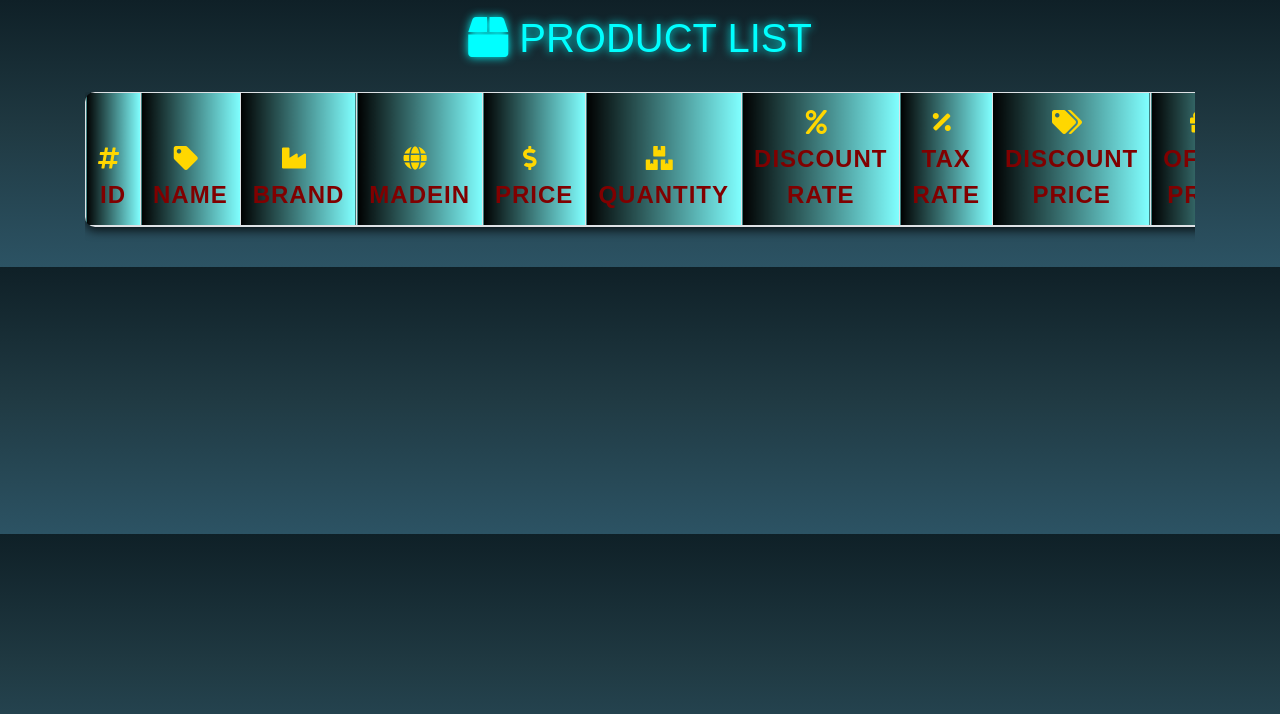
Repository: Ravi-kishor-09/Ravi-projects
Page: http://localhost/product-list
The author's editor kept a copy of each file at every save. The page is drawn from the files as they stood at one save, then again after the next save.
The browser window is 1280 px wide. The pictures show the whole page.
The page is this project's Thymeleaf template; nobody is signed in. The template is opened directly, without the code that normally fills it, so the values that code supplies are empty.

Above is the page before, as saved 2024-12-20 19:30:20.

### spring1/src/main/resources/templates/product-list.html
<!DOCTYPE html>
<html lang="en">
<head>
    <meta charset="UTF-8">
    <meta name="viewport" content="width=device-width, initial-scale=1.0">
    <title>Product List</title>
    <!-- Bootstrap CSS -->
    <link href="https://maxcdn.bootstrapcdn.com/bootstrap/4.5.2/css/bootstrap.min.css" rel="stylesheet">
    <!-- Font Awesome for Icons -->
    <link href="https://cdnjs.cloudflare.com/ajax/libs/font-awesome/5.15.4/css/all.min.css" rel="stylesheet">
    <style>
        /* General Styles */
        body {
            background: linear-gradient(to bottom, #0f2027, #203a43, #2c5364);
            color: white;
            font-family: 'Arial', sans-serif;
        }
        h1 {
            color: aqua;
            margin-bottom: 20px;
            text-shadow: 0 0 10px aqua;
            animation: text-jump 2s infinite;
        }
        @keyframes text-jump {
            0%, 100% { transform: translateY(0); }
            50% { transform: translateY(-10px); }
        }

        /* Table Styles */
        table {
            background-color: rgba(0, 0, 0, 0.8);
            border-radius: 10px;
            overflow: hidden;
            box-shadow: 0 4px 10px rgba(0, 0, 0, 0.7);
        }
        thead th {
            background: linear-gradient(90deg, rgb(0, 0, 0), rgb(128, 255, 255));
            color: rgb(128, 0, 0);
            font-weight:bolder;
			font-size: x-large;
            text-transform: uppercase;
            letter-spacing: 1px;
        }
        tbody td {
            color: #d4f3ef;
        }
        tbody tr {
            transition: background-color 0.3s, transform 0.3s;
        }
        tbody tr:hover {
            background: #333;
            transform: scale(1.02);
            cursor: pointer;
        }

        /* Column Icons */
        .icon {
            color: gold;
            margin-right: 8px;
        }

        /* Button and Interaction Styles */
        .btn {
            border: none;
            color: white;
            background: linear-gradient(90deg, #56ab2f, #a8e063);
            padding: 8px 15px;
            border-radius: 20px;
            transition: all 0.3s ease-in-out;
        }
        .btn:hover {
            background: linear-gradient(90deg, #a8e063, #56ab2f);
            box-shadow: 0 0 10px #a8e063;
        }

        /* Row Glow Effect */
        tbody tr:hover td {
            text-shadow: 0 0 8px #39ff14;
        }

        /* Responsive Styles */
        @media (max-width: 768px) {
            h1 {
                font-size: 1.5rem;
            }
            table {
                font-size: 0.9rem;
            }
        }
    </style>
</head>
<body>
    <div class="container text-center py-4">
        <h1><i class="fas fa-box"></i> PRODUCT LIST</h1>
        <div class="table-responsive">
            <table class="table table-bordered table-hover">
                <thead>
                    <tr>
                        <th><i class="fas fa-hashtag icon"></i>Id</th>
                        <th><i class="fas fa-tag icon"></i>Name</th>
                        <th><i class="fas fa-industry icon"></i>Brand</th>
                        <th><i class="fas fa-globe icon"></i>MadeIn</th>
                        <th><i class="fas fa-dollar-sign icon"></i>Price</th>
                        <th><i class="fas fa-boxes icon"></i>Quantity</th>
                        <th><i class="fas fa-percent icon"></i>Discount Rate</th>
                        <th><i class="fas fa-percentage icon"></i>Tax Rate</th>
                        <th><i class="fas fa-tags icon"></i>Discount Price</th>
                        <th><i class="fas fa-gift icon"></i>Offer Price</th>
                        <th><i class="fas fa-warehouse icon"></i>Stock Value</th>
                        <th><i class="fas fa-calculator icon"></i>Final Price</th>
                    </tr>
                </thead>
                <tbody>
                    <tr th:each="product : ${products}">
                        <td th:text="${product.Id}"></td>
                        <td th:text="${product.Name}"></td>
                        <td th:text="${product.Brand}"></td>
                        <td th:text="${product.MadeIn}"></td>
                        <td th:text="${product.price}"></td>
                        <td th:text="${product.Quantity}"></td>
                        <td th:text="${product.discountRate}"></td>
                        <td th:text="${product.taxRate}"></td>
                        <td th:text="${product.discountprice}"></td>
                        <td th:text="${product.offerprice}"></td>
                        <td th:text="${product.stockvalue}"></td>
                        <td th:text="${product.finalprice}"></td>
                    </tr>

                </tbody>
            </table>
        </div>
    </div>
</body>
</html>

After the next save:
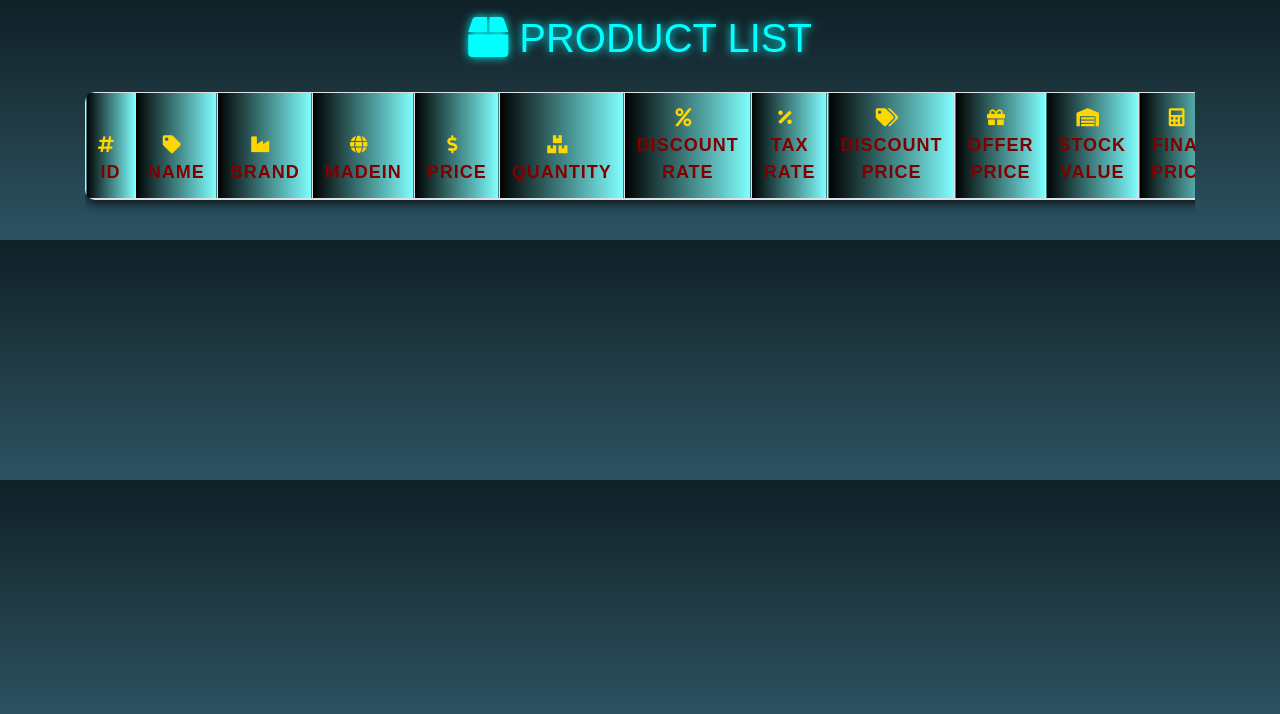
Saved 15 s later.
--- a/spring1/src/main/resources/templates/product-list.html
+++ b/spring1/src/main/resources/templates/product-list.html
@@ -37,7 +37,7 @@
             background: linear-gradient(90deg, rgb(0, 0, 0), rgb(128, 255, 255));
             color: rgb(128, 0, 0);
             font-weight:bolder;
-			font-size: x-large;
+			font-size: large;
             text-transform: uppercase;
             letter-spacing: 1px;
         }
